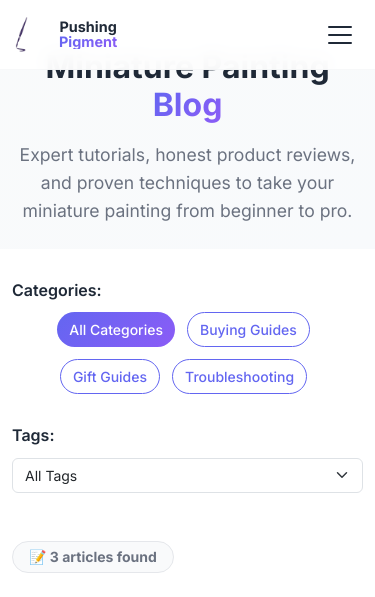
Repository: Aldentec/pushing-pigment-website
Page: /blog
These files come from the project's save history. The page is drawn as it stood at one moment and after the next save; the edit follows.
The browser window is 375 px wide. The pictures show the part of the page from y = 0 to 597 px (the page is 3616 px tall before and 3640 px after).
Pictures or frames that could not be fetched are drawn as grey boxes. The project was rebuilt for these pictures with package versions that can differ from the ones it lists, and the page was loaded fresh each time. Also part of the build but not shown: src/components/Hero/Hero.css, src/components/Hero/Hero.jsx, src/pages/Home/Home.css, src/pages/Home/Home.jsx, src/data/tutorials.js, src/pages/Tutorials/Tutorials.jsx, src/components/ProductCard/ProductCard.jsx, src/data/products.js and 7 more.

Above is the page before, as saved 2025-08-17 06:03:16.

### public/index.html
<!DOCTYPE html>
<html lang="en">
  <head>
    <meta charset="utf-8" />

    <!-- Basic Meta Tags -->
    <meta name="viewport" content="width=device-width, initial-scale=1" />
    <meta name="theme-color" content="#6366f1" />

    <!-- SEO Meta Tags -->
    <title>Pushing Pigment - Master Miniature Painting | Tutorials, Tools & Techniques</title>
    <meta name="description" content="Learn miniature painting with expert tutorials, essential tool guides, and step-by-step techniques. From beginner basics to advanced methods - your complete miniature painting resource." />
    <meta name="keywords" content="miniature painting, warhammer painting, mini painting tutorials, painting techniques, miniature paints, brushes, primer, tabletop gaming, model painting, acrylic paints" />
    <meta name="author" content="Pushing Pigment" />
    <meta name="robots" content="index, follow" />
    <link rel="canonical" href="https://pushingpigment.com" />

    <!-- Open Graph / Facebook -->
    <meta property="og:type" content="website" />
    <meta property="og:url" content="https://pushingpigment.com" />
    <meta property="og:title" content="Pushing Pigment - Master Miniature Painting | Tutorials & Tools" />
    <meta property="og:description" content="Learn miniature painting with expert tutorials, essential tool guides, and step-by-step techniques. From beginner basics to advanced methods." />
    <meta property="og:image" content="https://pushingpigment.com/og-image.jpg" />
    <meta property="og:site_name" content="Pushing Pigment" />
    <meta property="og:locale" content="en_US" />

    <!-- Twitter Card -->
    <meta property="twitter:card" content="summary_large_image" />
    <meta property="twitter:url" content="https://pushingpigment.com" />
    <meta property="twitter:title" content="Pushing Pigment - Master Miniature Painting" />
    <meta property="twitter:description" content="Learn miniature painting with expert tutorials, essential tool guides, and step-by-step techniques." />
    <meta property="twitter:image" content="https://pushingpigment.com/twitter-card.jpg" />
    <meta property="twitter:creator" content="@pushingpigment" />

    <!-- Additional SEO Tags -->
    <meta name="geo.region" content="US" />
    <meta name="geo.placename" content="United States" />
    <meta name="language" content="en-US" />
    <meta name="revisit-after" content="7 days" />
    <meta name="rating" content="general" />

    <!-- Favicons -->
    <link rel="icon" href="%PUBLIC_URL%/favicon.ico" />
    <link rel="manifest" href="%PUBLIC_URL%/site.webmanifest" />
    <link rel="mask-icon" href="%PUBLIC_URL%/safari-pinned-tab.svg" color="#6366f1" />
    <meta name="msapplication-TileColor" content="#6366f1" />
    <meta name="msapplication-config" content="%PUBLIC_URL%/browserconfig.xml" />

    <!-- Preconnect for Performance -->
    <link rel="preconnect" href="https://fonts.googleapis.com" />
    <link rel="preconnect" href="https://fonts.gstatic.com" crossorigin />
    <link rel="preconnect" href="https://www.amazon.com" />

    <!-- Google Fonts -->
    <link href="https://fonts.googleapis.com/css2?family=Inter:wght@300;400;500;600;700&display=swap" rel="stylesheet" />

    <!-- Structured Data / JSON-LD -->
    <script type="application/ld+json">
    {
      "@context": "https://schema.org",
      "@type": "WebSite",
      "name": "Pushing Pigment",
      "description": "Master miniature painting with expert tutorials, essential tool guides, and step-by-step techniques for all skill levels.",
      "url": "https://pushingpigment.com",
      "potentialAction": {
        "@type": "SearchAction",
        "target": {
          "@type": "EntryPoint",
          "urlTemplate": "https://pushingpigment.com/search?q={search_term_string}"
        },
        "query-input": "required name=search_term_string"
      },
      "publisher": {
        "@type": "Organization",
        "name": "Pushing Pigment",
        "url": "https://pushingpigment.com",
        "logo": {
          "@type": "ImageObject",
          "url": "https://pushingpigment.com/logo.png"
        },
        "sameAs": [
          "https://youtube.com/@pushingpigment",
          "https://instagram.com/pushingpigment",
          "https://twitter.com/pushingpigment"
        ]
      }
    }
    </script>

    <script type="application/ld+json">
    {
      "@context": "https://schema.org",
      "@type": "EducationalOrganization",
      "name": "Pushing Pigment",
      "description": "Educational resource for miniature painting techniques and tutorials",
      "url": "https://pushingpigment.com",
      "courseMode": "online",
      "educationalLevel": "Beginner to Advanced",
      "teaches": [
        "Miniature Painting",
        "Model Painting Techniques",
        "Acrylic Painting",
        "Brush Techniques",
        "Color Theory",
        "Weathering Effects"
      ]
    }
    </script>

    <!-- Amazon Associates Disclaimer -->
    <meta name="amazon-affiliate" content="true" />

    <!-- Performance Hints -->
    <link rel="dns-prefetch" href="//amazon.com" />
    <link rel="dns-prefetch" href="//images-amazon.com" />
    <link rel="dns-prefetch" href="//google-analytics.com" />

    <!-- Security Headers -->
    <meta http-equiv="X-Content-Type-Options" content="nosniff" />
    <meta http-equiv="X-Frame-Options" content="DENY" />
    <meta http-equiv="X-XSS-Protection" content="1; mode=block" />
    <meta name="referrer" content="strict-origin-when-cross-origin" />

    <!-- Google tag (gtag.js) -->
    <script async src="https://www.googletagmanager.com/gtag/js?id=G-DWM4GB1EJW"></script>
    <script>
      window.dataLayer = window.dataLayer || [];
      function gtag(){dataLayer.push(arguments);}
      gtag('js', new Date());

      gtag('config', 'G-DWM4GB1EJW');
    </script>
  </head>

  <body>
    <noscript>
      <div style="text-align: center; padding: 50px; font-family: Arial, sans-serif;">
        <h1>JavaScript Required</h1>
        <p>You need to enable JavaScript to run this app and access all miniature painting tutorials and resources.</p>
        <p>Please enable JavaScript in your browser settings and reload the page.</p>
      </div>
    </noscript>

    <!-- Main App Container -->
    <div id="root"></div>

    <!-- Structured Data for Breadcrumbs -->
    <script type="application/ld+json">
    {
      "@context": "https://schema.org",
      "@type": "BreadcrumbList",
      "itemListElement": [
        {
          "@type": "ListItem",
          "position": 1,
          "name": "Home",
          "item": "https://pushingpigment.com"
        },
        {
          "@type": "ListItem",
          "position": 2,
          "name": "Getting Started",
          "item": "https://pushingpigment.com/products"
        },
        {
          "@type": "ListItem",
          "position": 3,
          "name": "Tutorials",
          "item": "https://pushingpigment.com/tutorials"
        }
      ]
    }
    </script>

    <!-- Service Worker Registration (Optional - for PWA features) -->
    <script>
      if ('serviceWorker' in navigator) {
        window.addEventListener('load', function() {
          navigator.serviceWorker.register('/sw.js')
            .then(function(registration) {
              console.log('SW registered: ', registration);
            })
            .catch(function(registrationError) {
              console.log('SW registration failed: ', registrationError);
            });
        });
      }
    </script>
  </body>
</html>

### src/App.jsx
import React from 'react';
import { BrowserRouter as Router, Routes, Route } from 'react-router-dom';
import { HelmetProvider } from 'react-helmet-async';
import 'bootstrap/dist/css/bootstrap.min.css';
import ScrollToTop from './components/ScrollToTop';
import './styles/global.css';
import './App.css';

// Components
import Navigation from './components/Navigation/Navigation';
import Footer from './components/Footer/Footer';

// Pages
import Home from './pages/Home/Home';
import Tutorials from './pages/Tutorials/Tutorials';
import Products from './pages/Products/Products';
import GettingStarted from './pages/GettingStarted/GettingStarted';
import Blog from './pages/Blog/Blog';
import BlogPost from './pages/Blog/BlogPost';


function App() {
  return (
    <HelmetProvider>
      <Router>
        <ScrollToTop />
        <div className="App">
          <Navigation />
          <main>
            <Routes>
              <Route path="/" element={<Home />} />
              <Route path="/getting-started" element={<GettingStarted />} />
              <Route path="/products" element={<Products />} />
              <Route path="/tutorials" element={<Tutorials />} />
              <Route path="/blog" element={<Blog />} />
              <Route path="/blog/:slug" element={<BlogPost />} />
            </Routes>
          </main>
          <Footer />
        </div>
      </Router>
    </HelmetProvider>
  );
}

export default App;

### src/styles/global.css
/* Global CSS for Pushing Pigment Website */

:root {
  --primary-color: #6366f1;
  --secondary-color: #8b5cf6;
  --accent-color: #f59e0b;
  --text-dark: #1f2937;
  --text-light: #6b7280;
  --bg-light: #f9fafb;
  --bg-white: #ffffff;
  --border-color: #e5e7eb;
  --shadow-sm: 0 1px 2px 0 rgb(0 0 0 / 0.05);
  --shadow-md: 0 4px 6px -1px rgb(0 0 0 / 0.1), 0 2px 4px -2px rgb(0 0 0 / 0.1);
  --shadow-lg: 0 10px 15px -3px rgb(0 0 0 / 0.1), 0 4px 6px -4px rgb(0 0 0 / 0.1);
  --gradient-primary: linear-gradient(135deg, var(--primary-color) 0%, var(--secondary-color) 100%);
  --gradient-accent: linear-gradient(135deg, var(--accent-color) 0%, #ef4444 100%);
}

* {
  margin: 0;
  padding: 0;
  box-sizing: border-box;
}

body {
  font-family: 'Inter', -apple-system, BlinkMacSystemFont, 'Segoe UI', 'Roboto', 'Oxygen', 'Ubuntu', 'Cantarell', sans-serif;
  line-height: 1.6;
  color: var(--text-dark);
  background-color: var(--bg-white);
  overflow-x: hidden;
}

/* Typography */
h1, h2, h3, h4, h5, h6 {
  font-weight: 600;
  line-height: 1.2;
  margin-bottom: 0.5rem;
}

h1 { font-size: 3rem; }
h2 { font-size: 2.5rem; }
h3 { font-size: 2rem; }
h4 { font-size: 1.5rem; }
h5 { font-size: 1.25rem; }
h6 { font-size: 1.1rem; }

p {
  margin-bottom: 1rem;
  color: var(--text-light);
}

/* Buttons */
.btn-primary-custom {
  background: var(--gradient-primary);
  border: none;
  border-radius: 8px;
  padding: 12px 24px;
  font-weight: 500;
  transition: all 0.3s ease;
  box-shadow: var(--shadow-sm);
}

.btn-primary-custom:hover {
  transform: translateY(-2px);
  box-shadow: var(--shadow-md);
  background: var(--gradient-primary);
  filter: brightness(1.1);
}

.btn-outline-custom {
  border: 2px solid var(--primary-color);
  color: var(--primary-color);
  background: transparent;
  border-radius: 8px;
  padding: 10px 22px;
  font-weight: 500;
  transition: all 0.3s ease;
}

.btn-outline-custom:hover {
  background: var(--primary-color);
  color: white;
  transform: translateY(-1px);
  box-shadow: var(--shadow-sm);
}

/* Cards */
.card-custom {
  border: none;
  border-radius: 12px;
  box-shadow: var(--shadow-sm);
  transition: all 0.3s ease;
  overflow: hidden;
}

.card-custom:hover {
  transform: translateY(-4px);
  box-shadow: var(--shadow-lg);
}

.card-custom .card-header {
  background: var(--bg-light);
  border-bottom: 1px solid var(--border-color);
  padding: 1.5rem;
}

.card-custom .card-body {
  padding: 1.5rem;
}

/* Sections */
.section-padding {
  padding: 5rem 0;
}

.section-light {
  background-color: var(--bg-light);
}

/* Gradients */
.gradient-bg {
  background: var(--gradient-primary);
}

.gradient-text {
  background: var(--gradient-primary);
  -webkit-background-clip: text;
  -webkit-text-fill-color: transparent;
  background-clip: text;
}

/* Animations */
@keyframes fadeInUp {
  from {
    opacity: 0;
    transform: translateY(30px);
  }
  to {
    opacity: 1;
    transform: translateY(0);
  }
}

.fade-in-up {
  animation: fadeInUp 0.6s ease-out;
}

/* Utilities */
.text-primary-custom {
  color: var(--primary-color) !important;
}

.bg-light-custom {
  background-color: var(--bg-light) !important;
}

.border-radius-lg {
  border-radius: 12px !important;
}

/* Responsive */
@media (max-width: 768px) {
  h1 { font-size: 2.5rem; }
  h2 { font-size: 2rem; }
  h3 { font-size: 1.75rem; }

  .section-padding {
    padding: 3rem 0;
  }
}

### src/App.css
/* App-specific styles */
.App {
  min-height: 100vh;
  display: flex;
  flex-direction: column;
}

main {
  flex: 1;
}

/* Global overrides for Bootstrap */
.btn:focus {
  box-shadow: none;
}

.btn-primary {
  background: var(--gradient-primary);
  border: none;
}

.btn-primary:hover,
.btn-primary:focus,
.btn-primary:active {
  background: var(--gradient-primary);
  filter: brightness(1.1);
  border: none;
}

.btn-outline-primary {
  border-color: var(--primary-color);
  color: var(--primary-color);
}

.btn-outline-primary:hover,
.btn-outline-primary:focus,
.btn-outline-primary:active {
  background: var(--primary-color);
  border-color: var(--primary-color);
  color: white;
}

/* Custom scrollbar */
::-webkit-scrollbar {
  width: 8px;
}

::-webkit-scrollbar-track {
  background: var(--bg-light);
}

::-webkit-scrollbar-thumb {
  background: var(--primary-color);
  border-radius: 4px;
}

::-webkit-scrollbar-thumb:hover {
  background: var(--secondary-color);
}

/* Smooth scrolling */
html {
  scroll-behavior: smooth;
}

/* Focus styles for accessibility */
*:focus {
  outline: 2px solid var(--primary-color);
  outline-offset: 2px;
}

.btn:focus,
.form-control:focus,
.form-select:focus {
  outline: none;
  box-shadow: 0 0 0 0.2rem rgba(99, 102, 241, 0.25);
}

### src/components/Navigation/Navigation.jsx
import React, { useState, useEffect } from 'react';
import { Navbar, Nav, Container } from 'react-bootstrap';
import { Link, useLocation } from 'react-router-dom';
// Try multiple import approaches
import pushingPigmentLogo from '../../assets/pushing-pigment-logo-icon.png';
import './Navigation.css';

const Navigation = () => {
  const [scrolled, setScrolled] = useState(false);
  const [logoError, setLogoError] = useState(false);
  const location = useLocation();

  useEffect(() => {
    const handleScroll = () => {
      const isScrolled = window.scrollY > 50;
      setScrolled(isScrolled);
    };

    window.addEventListener('scroll', handleScroll);
    return () => window.removeEventListener('scroll', handleScroll);
  }, []);

  // Multiple fallback options for logo
  const LogoComponent = () => {
    // Option 1: Try the import
    if (!logoError && pushingPigmentLogo) {
      return (
        <img
          src={pushingPigmentLogo}
          alt="Pushing Pigment Logo"
          className="navbar-logo"
          onError={() => {
            console.error('Import logo failed');
            setLogoError(true);
          }}
          onLoad={() => console.log('Import logo loaded successfully')}
        />
      );
    }

    // Option 2: Try public folder path
    return (
      <img
        src="/pushing-pigment-logo-icon.png"
        alt="Pushing Pigment Logo"
        className="navbar-logo"
        onError={(e) => {
          console.error('Public folder logo failed');
          // Hide the broken image and show fallback
          e.target.style.display = 'none';
        }}
        onLoad={() => console.log('Public folder logo loaded')}
      />
    );
  };


  return (
    <Navbar
      expand="lg"
      fixed="top"
      className={`custom-navbar ${scrolled ? 'scrolled' : ''}`}
    >
      <Container>
        <Navbar.Brand as={Link} to="/" className="brand-logo">
          {/* Try logo, fallback to icon if needed */}
          <div className="logo-container">
            <LogoComponent />
          </div>
          <div className="brand-text-container">
            <span className="brand-text">Pushing</span>
            <span className="brand-accent">Pigment</span>
          </div>
        </Navbar.Brand>

        <Navbar.Toggle aria-controls="basic-navbar-nav" />

        <Navbar.Collapse id="basic-navbar-nav">
          <Nav className="ms-auto">
            <Nav.Link
              as={Link}
              to="/"
              className={location.pathname === '/' ? 'active' : ''}
            >
              Home
            </Nav.Link>
            <Nav.Link
              as={Link}
              to="/getting-started"
              className={location.pathname === '/getting-started' ? 'active' : ''}
            >
              Getting Started
            </Nav.Link>
            <Nav.Link
              as={Link}
              to="/products"
              className={location.pathname === '/products' ? 'active' : ''}
            >
              Products
            </Nav.Link>
            <Nav.Link
              as={Link}
              to="/tutorials"
              className={location.pathname === '/tutorials' ? 'active' : ''}
            >
              Tutorials
            </Nav.Link>
            <Nav.Link
              as={Link}
              to="/blog"
              className={location.pathname.startsWith('/blog') ? 'active' : ''}
            >
              Blog
            </Nav.Link>
          </Nav>
        </Navbar.Collapse>
      </Container>
    </Navbar>
  );
};

export default Navigation;

### src/components/Navigation/Navigation.css
.custom-navbar {
  background: rgba(255, 255, 255, 0.95);
  backdrop-filter: blur(10px);
  border-bottom: 1px solid rgba(229, 231, 235, 0.3);
  transition: all 0.3s ease;
  padding: 1rem 0;
}

.custom-navbar.scrolled {
  background: rgba(255, 255, 255, 0.98);
  box-shadow: 0 4px 20px rgba(0, 0, 0, 0.1);
  padding: 0.5rem 0;
}

.brand-logo {
  font-size: 1.8rem;
  font-weight: 700;
  text-decoration: none;
  display: flex;
  align-items: center;
  gap: 0.75rem;
  transition: all 0.3s ease;
}

.brand-logo:hover {
  text-decoration: none;
  transform: scale(1.02);
}

/* Logo container with fallback logic */
.logo-container {
  position: relative;
  width: 40px;
  height: 40px;
  display: flex;
  align-items: center;
  justify-content: center;
}

.navbar-logo {
  height: 40px;
  width: auto;
  max-width: 40px;
  object-fit: contain;
  transition: all 0.3s ease;
  position: absolute;
  top: 0;
  left: 0;
}

.custom-navbar.scrolled .navbar-logo {
  height: 35px;
}

.custom-navbar.scrolled .logo-container {
  width: 35px;
  height: 35px;
}

/* Fallback paintbrush icon */
.paintbrush-icon-fallback {
  font-size: 1.8rem;
  line-height: 1;
  position: absolute;
  top: 50%;
  left: 50%;
  transform: translate(-50%, -50%);
  z-index: -1; /* Behind the image, shows only if image fails */
}

.custom-navbar.scrolled .paintbrush-icon-fallback {
  font-size: 1.6rem;
}

/* If you want to force show only the emoji (for testing) */
.logo-container.force-emoji .navbar-logo {
  display: none !important;
}

.logo-container.force-emoji .paintbrush-icon-fallback {
  z-index: 1;
}

.brand-text-container {
  display: flex;
  flex-direction: row;
  align-items: center;
  gap: 0.25rem;
}

.brand-text {
  color: var(--text-dark);
}

.brand-accent {
  background: var(--gradient-primary);
  -webkit-background-clip: text;
  -webkit-text-fill-color: transparent;
  background-clip: text;
}

.navbar-nav .nav-link {
  font-weight: 500;
  color: var(--text-dark) !important;
  margin: 0 0.5rem;
  padding: 0.5rem 1rem !important;
  border-radius: 8px;
  transition: all 0.3s ease;
  position: relative;
}

.navbar-nav .nav-link:hover {
  color: var(--primary-color) !important;
  background: var(--bg-light);
}

.navbar-nav .nav-link.active {
  color: var(--primary-color) !important;
  background: var(--bg-light);
}

.navbar-nav .nav-link.active::after {
  content: '';
  position: absolute;
  bottom: -2px;
  left: 50%;
  transform: translateX(-50%);
  width: 20px;
  height: 3px;
  background: var(--gradient-primary);
  border-radius: 2px;
}

.navbar-toggler {
  border: none;
  padding: 0.25rem 0.5rem;
}

.navbar-toggler:focus {
  box-shadow: none;
}

.navbar-toggler-icon {
  background-image: url("data:[embedded picture, 228 characters]");
}

@media (max-width: 991px) {
  .custom-navbar {
    padding: 0.75rem 0;
  }

  .navbar-nav .nav-link {
    margin: 0.25rem 0;
    text-align: center;
  }

  .navbar-nav .nav-link.active::after {
    display: none;
  }

  .logo-container {
    width: 35px;
    height: 35px;
  }

  .navbar-logo {
    height: 35px;
  }

  .paintbrush-icon-fallback {
    font-size: 1.6rem;
  }

  .brand-text-container {
    flex-direction: column;
    gap: 0;
    line-height: 1;
  }

  .brand-text, .brand-accent {
    font-size: 0.9rem;
  }
}

### src/components/Footer/Footer.css
.site-footer {
  background: linear-gradient(135deg, var(--text-dark) 0%, #374151 100%);
  color: white;
  padding: 3rem 0 1rem;
  margin-top: 4rem;
}

.footer-section {
  margin-bottom: 2rem;
}

.footer-brand {
  font-size: 1.5rem;
  font-weight: 700;
  margin-bottom: 1rem;
  display: flex;
  align-items: center;
}

.footer-brand .brand-text {
  color: white;
  margin-right: 0.25rem;
}

.footer-brand .brand-accent {
  background: var(--gradient-primary);
  -webkit-background-clip: text;
  -webkit-text-fill-color: transparent;
  background-clip: text;
}

.footer-description {
  color: rgba(255, 255, 255, 0.8);
  line-height: 1.6;
  margin-bottom: 1.5rem;
  font-size: 0.95rem;
}

.social-links {
  display: flex;
  gap: 1rem;
}

.social-link {
  display: inline-flex;
  align-items: center;
  justify-content: center;
  width: 40px;
  height: 40px;
  background: rgba(255, 255, 255, 0.1);
  border-radius: 50%;
  color: white;
  text-decoration: none;
  font-size: 1.2rem;
  transition: all 0.3s ease;
}

### src/pages/Products/Products.css
.products-page {
  padding-top: 80px;
}

.products-hero {
  background: var(--bg-light);
  padding: 4rem 0;
  margin-bottom: 3rem;
}

.products-title {
  font-size: 3rem;
  font-weight: 700;
  margin-bottom: 1.5rem;
  color: var(--text-dark);
}

.products-description {
  font-size: 1.25rem;
  color: var(--text-light);
  line-height: 1.6;
  margin: 0;
}

.products-content {
  padding-bottom: 4rem;
}

.filter-title {
  font-size: 1rem;
  font-weight: 600;
  color: var(--text-dark);
  margin-bottom: 0.75rem;
}

.category-filters {
  margin-bottom: 1rem;
}

.category-buttons {
  display: flex;
  flex-wrap: wrap;
  gap: 0.5rem;
}

.category-btn {
  border-radius: 20px;
  font-size: 0.875rem;
  font-weight: 500;
  padding: 0.5rem 1rem;
  transition: all 0.3s ease;
}

.category-btn:hover {
  transform: translateY(-1px);
}

.sort-controls {
  display: flex;
  flex-direction: column;
}

.sort-select {
  border-radius: 8px;
  border: 1px solid var(--border-color);
  padding: 0.5rem 0.75rem;
  font-size: 0.9rem;
}

.sort-select:focus {
  border-color: var(--primary-color);
  box-shadow: 0 0 0 0.2rem rgba(99, 102, 241, 0.25);
}

.results-summary {
  margin-bottom: 1rem;
}

.results-badge {
  font-size: 0.875rem;
  padding: 0.6rem 1.2rem;
  border-radius: 20px;
  background: var(--bg-light) !important;
  color: var(--text-light) !important;
  border: 1px solid var(--border-color);
}

.no-products {
  text-align: center;
  padding: 3rem 1rem;
}

.no-products-icon {
  font-size: 4rem;
  margin-bottom: 1rem;
  opacity: 0.5;
}

.no-products h4 {
  color: var(--text-dark);
  margin-bottom: 0.5rem;
}

.no-products p {
  margin-bottom: 2rem;
}

/* Animation for product cards */
.products-page .product-card {
  animation: fadeInUp 0.6s ease-out;
}

/* Responsive Design */
@media (max-width: 992px) {
  .products-title {
    font-size: 2.5rem;
  }

  .products-description {
    font-size: 1.1rem;
  }

  .category-filters {
    margin-bottom: 2rem;
  }

  .sort-controls {
    margin-top: 1rem;
  }
}

@media (max-width: 768px) {
  .products-hero {
    padding: 3rem 0;
  }

  .products-title {
    font-size: 2rem;
  }

  .products-description {
    font-size: 1rem;
  }

  .category-buttons {
    justify-content: center;
  }

  .no-products-icon {
    font-size: 3rem;
  }
}

### src/pages/Blog/Blog.css
/* Blog List Page Styles */
.blog-page {
  min-height: 100vh;
}

.blog-hero {
  background: linear-gradient(135deg, var(--bg-light) 0%, #f8fafc 100%);
  padding: 4rem 0 2rem;
  margin-bottom: 2rem;
}

.blog-title {
  font-size: 3rem;
  font-weight: 700;
  color: var(--text-dark);
  margin-bottom: 1rem;
}

.blog-description {
  font-size: 1.25rem;
  color: var(--text-light);
  line-height: 1.6;
  max-width: 600px;
  margin: 0 auto;
}

.blog-content {
  padding-bottom: 4rem;
}

/* Filter Styles */
.filter-section {
  margin-bottom: 1rem;
}

.filter-title {
  font-size: 1rem;
  font-weight: 600;
  margin-bottom: 0.75rem;
  color: var(--text-dark);
}

.filter-btn {
  margin-right: 0.5rem;
  margin-bottom: 0.5rem;
  font-size: 0.875rem;
  padding: 0.375rem 0.75rem;
  border-radius: 20px;
  transition: all 0.3s ease;
}

.tag-select {
  max-width: 200px;
  font-size: 0.875rem;
}

.results-badge {
  font-size: 0.875rem;
  padding: 0.5rem 1rem;
  border-radius: 20px;
}

/* Blog Card Styles */
.blog-card {
  border: none;
  border-radius: 12px;
  box-shadow: var(--shadow-sm);
  transition: all 0.3s ease;
  overflow: hidden;
  height: 100%;
}

.blog-card:hover {
  transform: translateY(-4px);
  box-shadow: var(--shadow-lg);
}

.blog-image-container {
  position: relative;
  height: 200px;
  overflow: hidden;
  background: var(--bg-light);
}

.blog-featured-image {
  width: 100%;
  height: 100%;
  object-fit: cover;
  transition: transform 0.3s ease;
}

.blog-card:hover .blog-featured-image {
  transform: scale(1.05);
}

.blog-image-placeholder {
  width: 100%;
  height: 100%;
  display: flex;
  flex-direction: column;
  align-items: center;
  justify-content: center;
  background: linear-gradient(135deg, #f8fafc 0%, #e2e8f0 100%);
  color: var(--text-light);
}

.blog-icon {
  font-size: 2rem;
  margin-bottom: 0.5rem;
}

.placeholder-text {
  font-size: 0.875rem;
  font-weight: 500;
}

.blog-badges {
  position: absolute;
  top: 0.75rem;
  left: 0.75rem;
  display: flex;
  gap: 0.5rem;
}

.category-badge, .difficulty-badge {
  font-size: 0.75rem;
  padding: 0.25rem 0.5rem;
  border-radius: 12px;
  font-weight: 500;
}

.blog-meta {
  color: var(--text-light);
  font-size: 0.875rem;
}

.blog-card-title {
  font-size: 1.1rem;
  font-weight: 600;
  line-height: 1.4;
  margin-bottom: 0.75rem;
}

.blog-link {
  color: var(--text-dark);
  text-decoration: none;
  transition: color 0.3s ease;
}

.blog-link:hover {
  color: var(--primary-color);
  text-decoration: none;
}

.blog-excerpt {
  color: var(--text-light);
  font-size: 0.9rem;
  line-height: 1.5;
  margin-bottom: 1rem;
  display: -webkit-box;
  -webkit-line-clamp: 3;
  -webkit-box-orient: vertical;
  overflow: hidden;
}

.blog-tags {
  margin-bottom: 1rem;
}

.tag-badge {
  font-size: 0.75rem;
  padding: 0.25rem 0.5rem;
  border-radius: 8px;
  margin-right: 0.25rem;
  margin-bottom: 0.25rem;
  transition: all 0.3s ease;
}

.tag-badge:hover {
  background-color: var(--primary-color) !important;
  color: white !important;
}

.no-posts {
  padding: 3rem 0;
}

.no-posts-icon {
  font-size: 4rem;
  margin-bottom: 1rem;
  opacity: 0.5;
}

/* Responsive Design */
@media (max-width: 768px) {
  .blog-title {
    font-size: 2.5rem;
  }

  .blog-description {
    font-size: 1.1rem;
  }

  .filter-buttons {
    display: flex;
    flex-wrap: wrap;
    gap: 0.25rem;
  }

  .blog-image-container {
    height: 180px;
  }

  .blog-card-title {
    font-size: 1rem;
  }
}

@media (max-width: 576px) {
  .blog-hero {
    padding: 3rem 0 1.5rem;
  }

  .blog-title {
    font-size: 2rem;
  }

  .filter-section {
    margin-bottom: 1.5rem;
  }

  .tag-select {
    max-width: 100%;
  }
}

Loaded but not shown: src/index.tsx (common file); src/index.css (common file); src/reportWebVitals.ts (common file); src/components/ScrollToTop.js (common file); src/data/blogPosts.js (117 lines, source omitted); src/components/GettingStarted/GettingStarted.css (688 lines, source omitted); src/pages/Blog/Blog.jsx (285 lines, source omitted); src/pages/Tutorials/Tutorials.css (470 lines, source omitted); src/components/ProductCard/ProductCard.css (347 lines, source omitted); src/components/Footer/Footer.jsx (129 lines, source omitted)

After the next save:
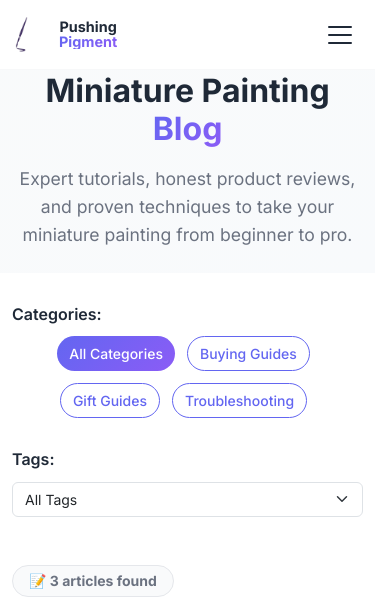
Saved 91 s later.
--- a/src/pages/Blog/Blog.css
+++ b/src/pages/Blog/Blog.css
@@ -5,7 +5,7 @@
 
 .blog-hero {
   background: linear-gradient(135deg, var(--bg-light) 0%, #f8fafc 100%);
-  padding: 4rem 0 2rem;
+  padding: 6rem 0 2rem; /* Increased top padding for fixed nav */
   margin-bottom: 2rem;
 }
 
@@ -201,6 +201,10 @@
     font-size: 1.1rem;
   }
 
+  .blog-hero {
+    padding: 5rem 0 1.5rem; /* Adjust mobile padding too */
+  }
+
   .filter-buttons {
     display: flex;
     flex-wrap: wrap;
@@ -218,7 +222,7 @@
 
 @media (max-width: 576px) {
   .blog-hero {
-    padding: 3rem 0 1.5rem;
+    padding: 4.5rem 0 1.5rem; /* Mobile padding for very small screens */
   }
 
   .blog-title {
